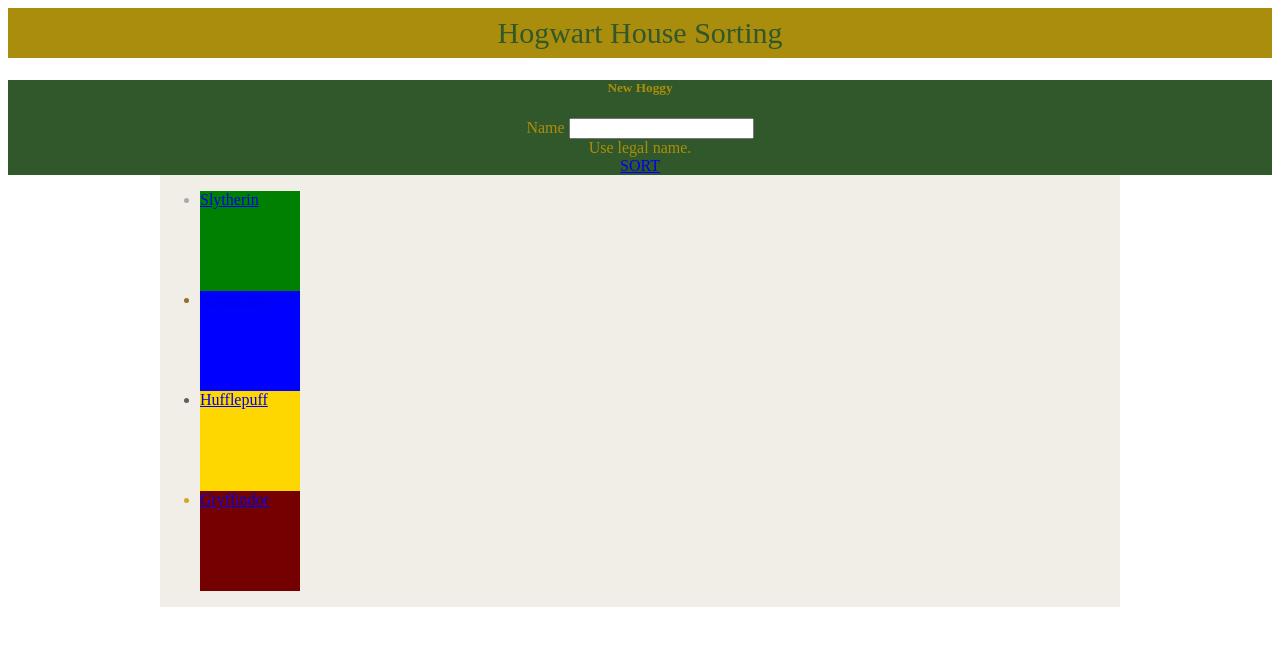
Repository: ZamlZam/INDIVIDUAL-PROJECT-sorting-hat
Page: index.html
An editor plug-in stored every save of this project. The page is shown before and after a run of saves, followed by the edit.
The browser window is 1280 px wide. The pictures show the whole page.

Above is the page before, as saved 2023-04-29 12:04:19.

### index.html
<!DOCTYPE html>
<html lang="en">
<head>
  <meta charset="UTF-8">
  <meta http-equiv="X-UA-Compatible" content="IE=edge">
  <meta name="viewport" content="width=device-width, initial-scale=1.0">
  <title>Document</title>
  <link rel ="stylesheet" href="main.css">
</head>
<body>

  <div class="card1">
    <div class="card-header">
      Hogwart House Sorting
    </div>
    <div class="card-body">
      <h5 class="card-title">New Hoggy</h5>
      <form>
        <div class="mb-3">
          <label for="exampleInputEmail1" class="form-label">Name</label>
          <input type="Name" class="form-control" id="Name" aria-describedby="Name">
          <div id="Name" class="form-text">Use legal name.</div>
        </div>
      <!-- <p class="card-text">With supporting text below as a natural lead-in to additional content.</p> -->
      <a href="#" class="btn btn-primary">SORT</a>
    </div>

     <!-- Footer with flex-container -->
    <div class="card-footer">
      <div class="flex-container">
      <ul class="Houses">
        <li class="box one">
          <a class="nav-Slytherin" href="#">Slytherin</a>
        </li>
        <li class="box two">
          <a class="nav-Ravenclaw" href="#">Ravenclaw</a>
        </li>
        <li class="box three">
          <a class="nav-Hufflepuff" href="#">Hufflepuff</a>
        </li>
        <li class="box four">
          <a class="nav-Gryffindor" href="#">Gryffindor</a>
        </li>
      </ul>
    </div>


    </div>
  </div>









</body>
</html>

### main.css
.card-header {
  width: 100%;
  height: 50px;
  background: rgb(170, 141, 12);
  color: rgb(49, 88, 42);
  text-align: center;
  align-items: center;
  font-size: 30px;
  display:flex;
  justify-content: center;
  font-weight:500;
}


.card-body {
  background: rgb(49, 88, 42);
  color: rgb(170, 141, 12);
  text-align: center;
  align-items: center;
}

.card-footer{
  width: 100%;
  max-width: 960px;
  margin: 0 auto;
  background: rgb(240, 238, 230);
  /* align-items: center;
  font-size: 30px;
  flex-direction: row-reverse; */
}

.flex-container{
  display: flex;
  background-color:
}

.box{
  height: 100px;
  width: 100px;
}

.one{
  background-color: green;
  color: #AAAAAA;
}

.two{
  background-color: blue;
  color: #946B2D;
}

.three{
  background-color: gold;
  color: #60605C;
}

.four{
  background-color: #740001;
  color: #D3A625;
}

After the next 2 saves:
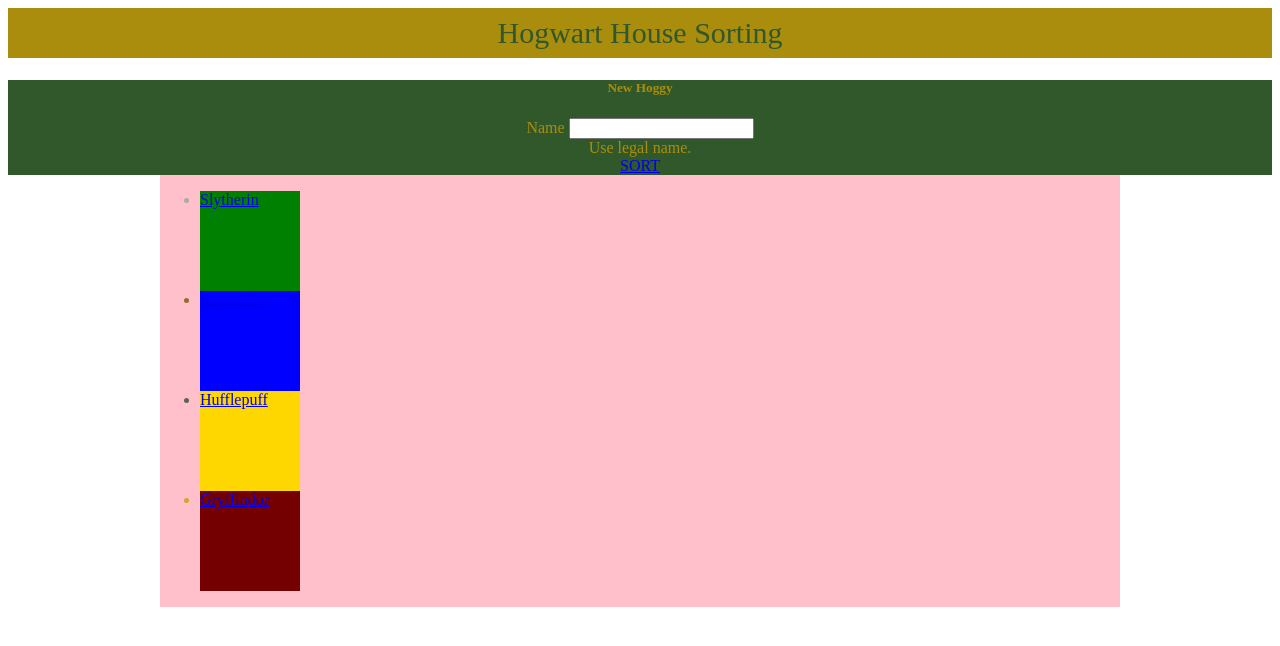
The 2 saves are shown as one change because they came seconds apart.
The last was saved 5 s later.
--- a/main.css
+++ b/main.css
@@ -31,7 +31,7 @@
 
 .flex-container{
   display: flex;
-  background-color:
+  background-color: pink;
 }
 
 .box{

After the save that followed:
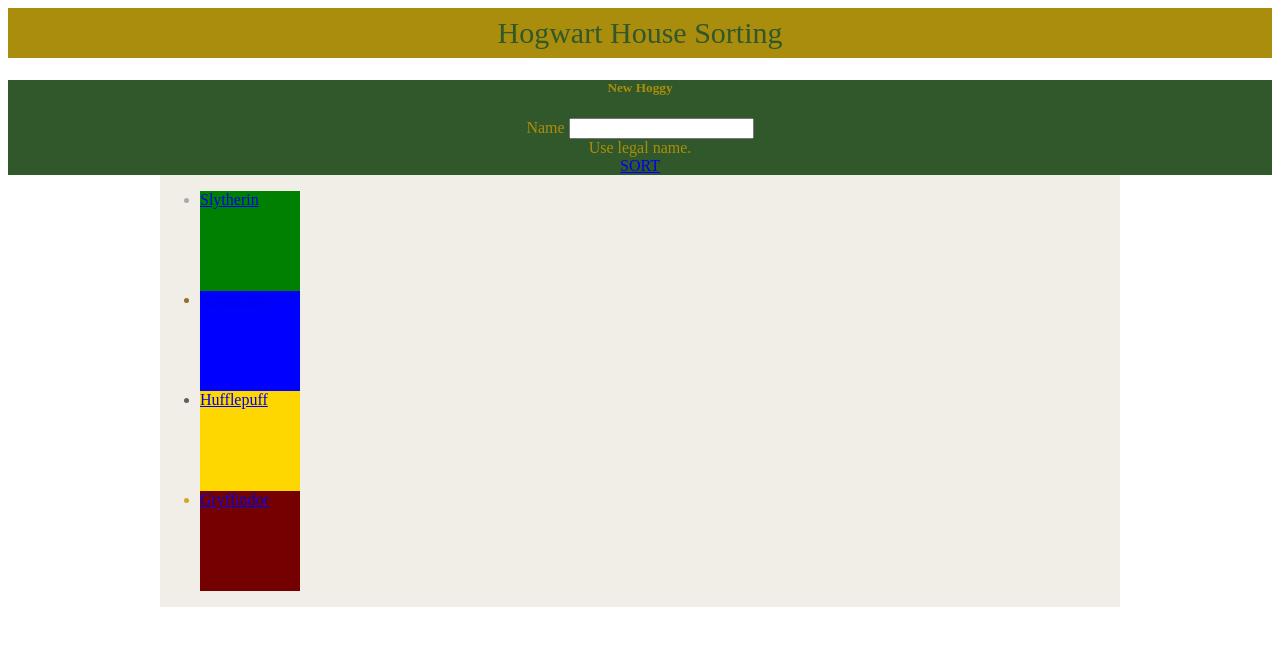
Saved 17 s later.
--- a/main.css
+++ b/main.css
@@ -31,7 +31,7 @@
 
 .flex-container{
   display: flex;
-  background-color: pink;
+
 }
 
 .box{
